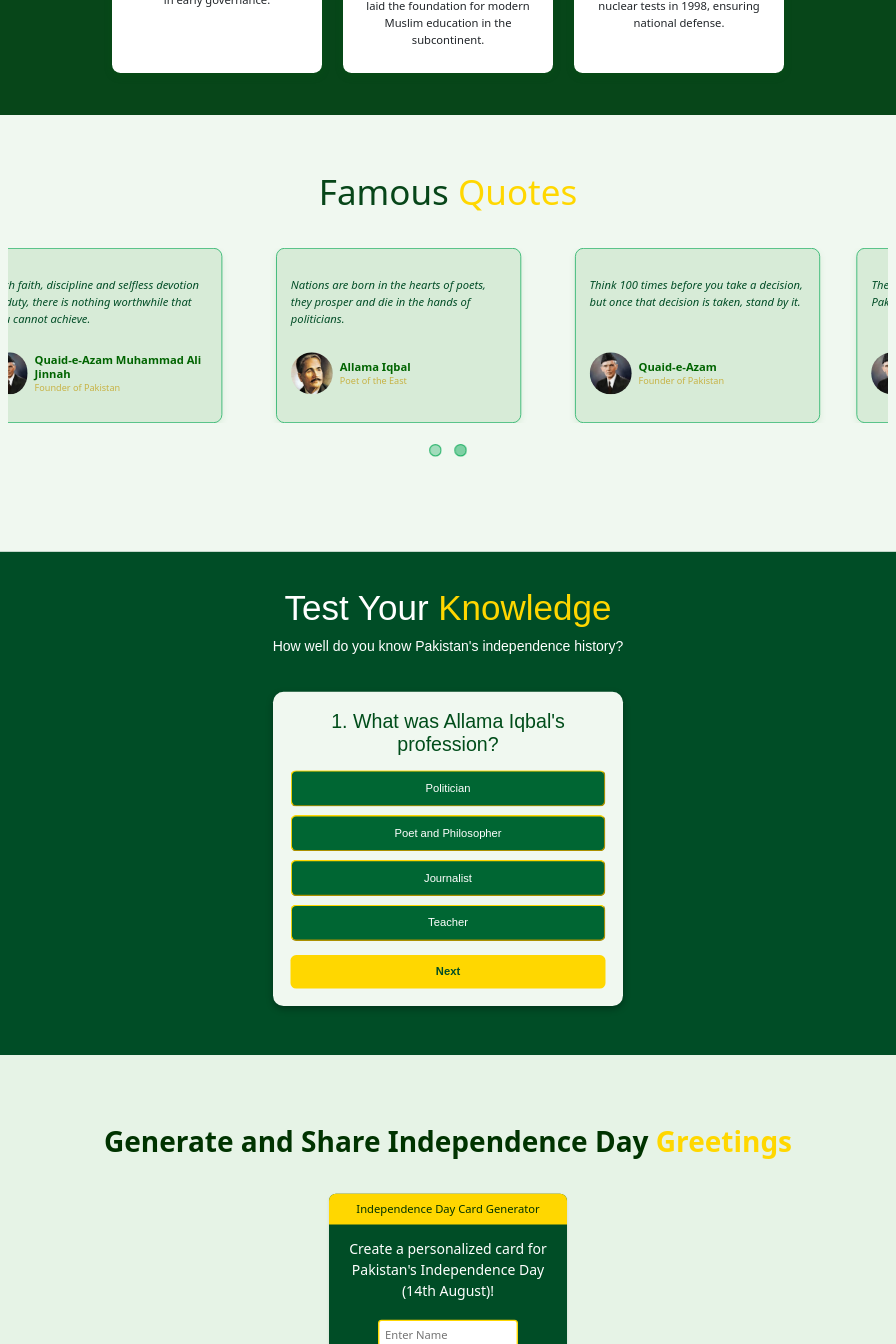
Repository: memonmuhammadali98/Pakistan-Independence-Day
Page: index.html
These files come from the project's save history. The page is drawn as it stood at one moment and after the next save; the edit follows.
The browser window is 1280 px wide. The pictures show the part of the page from y = 4066 to 5986 px (the page is 6354 px tall before and 6268 px after), at 70% of full size.

Above is the page before, as saved 2025-08-09 21:16:47.

### index.html
<!DOCTYPE html>
<html lang="en">
<head>
  <meta charset="UTF-8">
  <meta name="viewport" content="width=device-width, initial-scale=1.0">
  <title>Independence Day</title>
  <!-- External CSS -->
  <link rel="stylesheet" href="./style.css">
  <!-- Bootstrap CDN -->
  <link href="https://cdn.jsdelivr.net/npm/bootstrap@5.3.7/dist/css/bootstrap.min.css" rel="stylesheet"
    integrity="sha384-LN+7fdVzj6u52u30Kp6M/trliBMCMKTyK833zpbD+pXdCLuTusPj697FH4R/5mcr" crossorigin="anonymous">
  <script src="https://cdn.jsdelivr.net/npm/bootstrap@5.3.7/dist/js/bootstrap.bundle.min.js"
    integrity="sha384-ndDqU0Gzau9qJ1lfW4pNLlhNTkCfHzAVBReH9diLvGRem5+R9g2FzA8ZGN954O5Q"
    crossorigin="anonymous"></script>
    <!-- For PDF Download -->
    <script src="https://cdnjs.cloudflare.com/ajax/libs/jspdf/2.5.1/jspdf.umd.min.js"></script>
</head>
<body>
  <!-- Navbar Starts -->
  <nav class="navbar navbar-expand-lg navbar">
    <div class="container-fluid">
      <a class="navbar-brand" href="#">
        <img src="./Assets/logo-removebg-preview (1).png" alt="Logo" width="70px" height="50px">
      </a>
      <button class="navbar-toggler" type="button" data-bs-toggle="collapse" data-bs-target="#navbarSupportedContent"
        aria-controls="navbarSupportedContent" aria-expanded="false" aria-label="Toggle navigation">
        <span class="navbar-toggler-icon"></span>
      </button>
      <div class="collapse navbar-collapse" id="navbarSupportedContent">
        <ul class="navbar-nav me-auto ms-auto gap-5 mb-2 mb-lg-0 f-s-5">
          <li class="nav-item">
            <a class="nav-link active" aria-current="page" href="#Home">Home</a>
          </li>
          <li class="nav-item">
            <a class="nav-link active" href="#About">About</a>
          </li>
          <li class="nav-item">
            <a class="nav-link active" aria-disabled="true" href="#History">History</a>
          </li>
          <li class="nav-item">
            <a class="nav-link active" aria-disabled="true" href="#Heroes">Heroes</a>
          </li>
          <li class="nav-item">
            <a class="nav-link active" aria-disabled="true" href="#Quotes">Quotes</a>
          </li>
        </ul>
        <form class="d-flex" role="search">
          <button class="btn" type="submit">Generate Card</button>
        </form>
      </div>
    </div>
  </nav>
  <!-- Navbar Ends -->

  <!-- HERO SECTION STARTS -->
  <section class="hero-section" id="Home">
    <div class="hero-text">
      <h1>Celebrating Freedom Honoring <span style="color: gold;">Sacrifice</span></h1>
      <p>On this 14th August, let's remember the heroes who gave us independence and strive for a better Pakistan.</p>
      <button>Explore Our Journey</button>
    </div>
    <div class="hero-img">
      <img src="./Assets/hero-img.png" alt="Hero img" class="hero-img-1">
      <!-- <img src="./Assets/hero-img-2.png" alt="Hero img 2" class="Hero-img-2">
      <img src="./Assets/Hero-img-3.png" alt="Hero img 3" class="Hero-img-3"> -->
    </div>
  </section>
  <!-- HERO SECTION ENDS -->

  <!-- ABOUT SECTION STARTS -->
  <section class="about-section" id="About">
    <h2>About <span style="color: gold;">Pakistan</span></h2>
    <div class="about-container">
      <div class="about-img">
        <div class="flag-wrapper">
          <div class="flag">
            <div class="white-part"></div>
            <div class="green-part">
              <div class="crescent"></div>
              <div class="star"></div>
            </div>
          </div>
        </div>
      </div>
      <div class="about-text">
        <p>
          Pakistan is a country rich in history, culture, and natural beauty. From the majestic mountains of the north
          to the vast deserts in the south, it is a land of diversity and tradition. The people of Pakistan are known
          for their hospitality, resilience, and deep-rooted values. With a vision for progress and unity, Pakistan
          continues to grow while honoring its heritage and identity.
        </p>
      </div>
    </div>
  </section>
  <!-- ABOUT SECTION ENDS -->

  <!-- HISTORY SECTION STARTS -->
  <section class="history-section" id="History">
    <h2>Pakistan's Historical <span style="color: gold;">Journey</span></h2>
    <div class="timeline">

      <div class="timeline-item">
        <span class="year">1857 🔥</span>
        <h3>First War of Independence</h3>
        <p>The First War of Independence began, igniting the spark for freedom from British rule.</p>
      </div>

      <div class="timeline-item">
        <span class="year">1906 🕌</span>
        <h3>Formation of Muslim League</h3>
        <p>The All-India Muslim League was founded to represent Muslim interests in British India.</p>
      </div>

      <div class="timeline-item">
        <span class="year">1940 📜</span>
        <h3>Lahore Resolution</h3>
        <p>The Pakistan Resolution was passed in Lahore, demanding a separate homeland for Muslims.</p>
      </div>

      <div class="timeline-item">
        <span class="year">1947 🕊️</span>
        <h3>Independence of Pakistan</h3>
        <p>Pakistan gained independence on August 14 under the leadership of Quaid-e-Azam Muhammad Ali Jinnah.</p>
      </div>

      <div class="timeline-item">
        <span class="year">1956 📖</span>
        <h3>First Constitution</h3>
        <p>Pakistan became the Islamic Republic by adopting its first constitution on March 23.</p>
      </div>

      <div class="timeline-item">
        <span class="year">1965 ⚔️</span>
        <h3>Second War with India</h3>
        <p>Pakistan and India fought a war over Kashmir, ending with the Tashkent Agreement.</p>
      </div>

      <div class="timeline-item">
        <span class="year">1971 💔</span>
        <h3>Fall of Dhaka</h3>
        <p>The separation of East Pakistan led to the creation of Bangladesh after civil war.</p>
      </div>

      <div class="timeline-item">
        <span class="year">1973 🏛️</span>
        <h3>New Constitution</h3>
        <p>A new constitution was passed, establishing a parliamentary system in Pakistan.</p>
      </div>

      <div class="timeline-item">
        <span class="year">1998 💣</span>
        <h3>Nuclear Tests</h3>
        <p>Pakistan conducted successful nuclear tests in Chaghi, becoming the 7th nuclear power in the world.</p>
      </div>

    </div>
  </section>
  <!-- HISTORY SECTION ENDS -->

  <!-- NATIONAL HERO SECTION STARTS -->
   <section class="national-hero-section" id="Heroes">
  <h2>National Heroes of <span style="color: gold;">Pakistan</span></h2>
  <div class="national-hero-cards">

    <div class="national-hero-card">
      <img src="assets/Quaid-img.jpeg" alt="Quaid-e-Azam">
      <h3>Quaid-e-Azam</h3>
      <p class="title">Founder of Pakistan</p>
      <p>Leader of the Pakistan Movement and the first Governor-General of Pakistan.</p>
    </div>

    <div class="national-hero-card">
      <img src="assets/Allama-Iqbal-img.webp" alt="Allama Iqbal">
      <h3>Allama Iqbal</h3>
      <p class="title">Poet of the East</p>
      <p>Visionary who dreamed of Pakistan and inspired the youth with his poetry.</p>
    </div>

    <div class="national-hero-card">
      <img src="assets/fatima-jinnah.jpg" alt="Fatima Jinnah">
      <h3>Fatima Jinnah</h3>
      <p class="title">Mother of the Nation</p>
      <p>Quaid-e-Azam's sister and a strong advocate for women's rights in Pakistan.</p>
    </div>

    <div class="national-hero-card">
      <img src="assets/Liaquat-Ali-Khan-img.jpg" alt="Allama Iqbal">
      <h3>Liaquat Ali Khan</h3>
      <p class="title">First Prime Minister</p>
      <p>He was the first Prime Minister of Pakistan and played a major role in early governance.</p>
    </div>

    <div class="national-hero-card">
      <img src="assets/Sir-Syed-Ahmed-Khan-img.webp" alt="Allama Iqbal">
      <h3>Sir Syed Ahmed Khan</h3>
      <p class="title">Muslim Reformer & Educator</p>
      <p>Founder of Aligarh Movement, he laid the foundation for modern Muslim education in the subcontinent.</p>
    </div>

    <div class="national-hero-card">
      <img src="assets/Abdul-Qadeer-Khan-img.webp" alt="Dr. Abdul Qadeer Khan">
      <h3>Dr. Abdul Qadeer Khan</h3>
      <p class="title">Father of Nuclear Program</p>
      <p>Key figure behind Pakistan's nuclear tests in 1998, ensuring national defense.</p>
    </div>

  </div>
</section>

<!-- Quote Section Starts -->
   <div class="quote-section container-xxl">
      <h2>Famous <span style="color: gold;">Quotes</span></h2>

  <div id="testimonialCarousel" class="carousel slide" data-bs-ride="carousel">

    <div class="carousel-inner" id="carouselContent"></div>

    <div class="carousel-indicators justify-content-center mt-3" id="carouselIndicators"></div>
  </div>


<div id="allTestimonialCards" class="d-none">

            <div class="testi-card-1">
      <div class="testi-para">
        <p>With faith, discipline and selfless devotion to duty, there is nothing worthwhile that you cannot achieve.</p>
      </div>
      <div class="testi-intro">
        <img src="./Assets/Quaid-img.jpeg" alt="pfp" class="testi-pfp">
        <div class="testi-intro-text">
          <h3>Quaid-e-Azam Muhammad Ali Jinnah</h3>
          <span style="color: rgb(198, 178, 68);;">Founder of Pakistan</span>
        </div>
      </div>

    </div>


          <div class="testi-card-1">
      <div class="testi-para">
        <p>Nations are born in the hearts of poets, they prosper and die in the hands of politicians.</p>
      </div>
      <div class="testi-intro">
        <img src="./Assets/Allama-Iqbal-img.webp" alt="pfp" class="testi-pfp">
        <div class="testi-intro-text">
          <h3>Allama Iqbal</h3>
          <span style="color: rgb(198, 178, 68);;">Poet of the East</span>
        </div>
      </div>
     </div>


          <div class="testi-card-1">
      <div class="testi-para">
        <p>Think 100 times before you take a decision, but once that decision is taken, stand by it.</p>
      </div>
      <div class="testi-intro">
        <img src="./Assets/Quaid-img.jpeg" alt="pfp" class="testi-pfp">
        <div class="testi-intro-text">
          <h3>Quaid-e-Azam</h3>
          <span style="color: rgb(198, 178, 68);;">Founder of Pakistan</span>
        </div>
      </div>
     </div>


          <div class="testi-card-1">
      <div class="testi-para">
        <p>There is no power on earth that can undo Pakistan.</p>
      </div>
      <div class="testi-intro">
        <img src="./Assets/Quaid-img.jpeg" alt="pfp" class="testi-pfp">
        <div class="testi-intro-text">
          <h3>Muhammad Ali Jinnah</h3>
          <span style="color: rgb(198, 178, 68);">Founder of Pakistan</span>
        </div>
      </div>
     </div>
</div>
</div>
 <!-- Quote Section Ends -->

<!-- Quiz Section Starts -->
  <section class="quiz-section">
  <div class="quiz-container">
    <h2>Test Your <span style="color: gold;">Knowledge</span></h2>
    <p>How well do you know Pakistan's independence history?</p>

    <div class="quiz-card">
      <h3 id="question">Question text</h3>
      <div id="options" class="options"></div>

      <button id="next-btn" class="next-btn">Next</button>
    </div>

    <div id="result-box" class="result-box hidden">
      <h3>Your Score: <span id="score"></span>/10</h3>
      <p id="remarks"></p>
      <input type="text" id="username" placeholder="Enter your name" />
      <button id="certificate-btn" class="next-btn">Download Certificate</button>
    </div>
  </div>
</section>
<!-- Quiz Section Ends -->

<!-- Card Section Starts -->
 <section class="card-section">
  <h2>Generate and Share Independence Day <span style="color: gold;">Greetings</span></h2>
        <div class="generator-section">
            <div class="header">Independence Day Card Generator</div>
            <p>Create a personalized card for Pakistan's Independence Day (14th August)!</p>
            <input type="text" id="nameInput" placeholder="Enter Name" class="card-input">
            <button onclick="generateCard()" class="card-btn">Generate Card</button>
            <div class="cards-container" id="cardsContainer"></div>
        </div>
    </section>
<!-- Card Section Ends -->

<!-- Footer Section Starts -->
<footer class="footer">
  <div class="footer-container">
    <p>© 2025 Independence Day Pakistan. All Rights Reserved.</p>
    <p>“Unity, Faith, Discipline” — Quaid-e-Azam</p>
    <p>Website created by <strong style="color: gold;">Insha Abbas</strong></p>
  </div>
</footer>
<!-- Footer Section Ends -->













<!-- Famous Quotes Section Starts -->
  <script>
    <!-- Testimonial JS Starts -->
function getCardsPerSlide() {
  if (window.innerWidth >= 992) return 3; // large screen
  if (window.innerWidth >= 768) return 2; // medium
  return 1; // small
}

function buildCarousel() {
  const allCards = Array.from(document.querySelectorAll('#allTestimonialCards .testi-card-1'));
  const carouselInner = document.getElementById('carouselContent');
  const indicators = document.getElementById('carouselIndicators');
  const cardsPerSlide = getCardsPerSlide();

  carouselInner.innerHTML = '';
  indicators.innerHTML = '';

  let slides = [];

  if (cardsPerSlide === 3 && allCards.length === 4) {
    // Large screen: avoid solo card
    slides = [
      [0, 1, 2], // Slide 1
      [3, 0, 1]  // Slide 2
    ];
  } else {
    // Normal grouping
    for (let i = 0; i < allCards.length; i += cardsPerSlide) {
      const group = [];
      for (let j = 0; j < cardsPerSlide; j++) {
        const index = i + j;
        if (index < allCards.length) {
          group.push(index);
        }
      }
      slides.push(group);
    }
  }

  slides.forEach((group, slideIndex) => {
    const slide = document.createElement('div');
    slide.classList.add('carousel-item');
    if (slideIndex === 0) slide.classList.add('active');

    const row = document.createElement('div');
    row.classList.add('row', 'g-4' ,'justify-content-center');

    group.forEach(index => {
      const col = document.createElement('div');
      if (cardsPerSlide === 3) {
  col.className = 'col-lg-4';
} else if (cardsPerSlide === 2) {
  col.className = 'col-md-6';
} else {
  col.className = 'col-12 d-flex justify-content-center'; // ✅ fix for small screens
}
      col.appendChild(allCards[index].cloneNode(true));
      row.appendChild(col);
    });

    slide.appendChild(row);
    carouselInner.appendChild(slide);

    const dot = document.createElement('button');
    dot.setAttribute('type', 'button');
    dot.setAttribute('data-bs-target', '#testimonialCarousel');
    dot.setAttribute('data-bs-slide-to', slideIndex);
    dot.setAttribute('aria-label', `Slide ${slideIndex + 1}`);
    if (slideIndex === 0) {
      dot.classList.add('active');
      dot.setAttribute('aria-current', 'true');
    }
    indicators.appendChild(dot);
  });
}

window.addEventListener('DOMContentLoaded', buildCarousel);
window.addEventListener('resize', buildCarousel);
  </script>
<!-- Famous Quotes Section Ends -->

<!-- Quiz Section Starts -->
  <script>
    const questions = [
  { q: "What was Allama Iqbal's profession?", options: ["Politician", "Poet and Philosopher", "Journalist", "Teacher"], answer: 1 },
  { q: "When did Pakistan gain independence?", options: ["14 August 1947", "23 March 1940", "14 August 1950", "15 August 1947"], answer: 0 },
  { q: "Who was the founder of Pakistan?", options: ["Liaquat Ali Khan", "Allama Iqbal", "Muhammad Ali Jinnah", "Sir Syed Ahmed Khan"], answer: 2 },
  { q: "Which city is the capital of Pakistan?", options: ["Karachi", "Islamabad", "Lahore", "Quetta"], answer: 1 },
  { q: "What is the national language of Pakistan?", options: ["Punjabi", "Urdu", "Sindhi", "Pashto"], answer: 1 },
  { q: "What is Pakistan's national flower?", options: ["Rose", "Lily", "Jasmine", "Tulip"], answer: 2 },
  { q: "When was the first constitution of Pakistan enforced?", options: ["1956", "1949", "1973", "1962"], answer: 0 },
  { q: "Which sea borders Pakistan?", options: ["Red Sea", "Caspian Sea", "Arabian Sea", "Black Sea"], answer: 2 },
  { q: "Who was the first Prime Minister of Pakistan?", options: ["Liaquat Ali Khan", "Ayub Khan", "Zulfikar Ali Bhutto", "Yahya Khan"], answer: 0 },
  { q: "What is Pakistan's national sport?", options: ["Hockey", "Cricket", "Football", "Kabaddi"], answer: 0 }
];

let currentQ = 0;
let score = 0;
let selectedOption = null;

const questionEl = document.getElementById("question");
const optionsEl = document.getElementById("options");
const nextBtn = document.getElementById("next-btn");
const resultBox = document.getElementById("result-box");
const scoreEl = document.getElementById("score");
const remarksEl = document.getElementById("remarks");
const certificateBtn = document.getElementById("certificate-btn");

function loadQuestion() {
  const q = questions[currentQ];
  questionEl.textContent = `${currentQ + 1}. ${q.q}`;
  optionsEl.innerHTML = "";
  q.options.forEach((opt, index) => {
    const btn = document.createElement("button");
    btn.textContent = opt;
    btn.classList.add("option-btn");
    btn.onclick = () => selectOption(index, btn);
    optionsEl.appendChild(btn);
  });
}

function selectOption(index, button) {
  selectedOption = index;
  document.querySelectorAll(".option-btn").forEach(btn => btn.classList.remove("selected"));
  button.classList.add("selected");
}

nextBtn.onclick = () => {
  if (selectedOption === null) return alert("Please select an option!");
  if (selectedOption === questions[currentQ].answer) score++;
  selectedOption = null;
  currentQ++;
  if (currentQ < questions.length) {
    loadQuestion();
  } else {
    showResult();
  }
};

function showResult() {
  document.querySelector(".quiz-card").classList.add("hidden");
  resultBox.classList.remove("hidden");
  scoreEl.textContent = score;
  remarksEl.textContent = score >= 8 ? "Excellent! You know your history well!" :
                          score >= 5 ? "Good job! But there's more to learn." :
                          "Keep learning about Pakistan's history!";
}

certificateBtn.onclick = () => {
  const name = document.getElementById("username").value.trim();
  if (!name) return alert("Please enter your name!");
  generateCertificate(name, score);
};

function generateCertificate(name, score) {
  const { jsPDF } = window.jspdf;
  const doc = new jsPDF("landscape", "mm", "a4");

  // Colors
  const green = [0, 102, 51];
  const gold  = [255, 215, 0];
  const white = [255, 255, 255];

  // Page background
  doc.setFillColor(...green);
  doc.rect(0, 0, 297, 210, "F");

  // Gold border
  doc.setDrawColor(...gold);
  doc.setLineWidth(4);
  doc.rect(5, 5, 287, 200);

  // Title
  doc.setFont("helvetica", "bold");
  doc.setFontSize(32);
  doc.setTextColor(...gold);
  doc.text("Certificate of Achievement", 148.5, 50, { align: "center" });

  // Subtitle
  doc.setFontSize(18);
  doc.setTextColor(...white);
  doc.text("This is proudly presented to", 148.5, 70, { align: "center" });

  // Name
  doc.setFont("times", "bold");
  doc.setFontSize(26);
  doc.setTextColor(...gold);
  doc.text(name, 148.5, 90, { align: "center" });

  // Achievement text
  doc.setFont("helvetica", "normal");
  doc.setFontSize(16);
  doc.setTextColor(...white);
  doc.text(
    "For successfully completing the Pakistan Independence Day Quiz",
    148.5,
    110,
    { align: "center", maxWidth: 240 }
  );
  doc.text(`Score: ${score}/10`, 148.5, 125, { align: "center" });

  // Remarks
  let remark =
    score >= 8 ? "Excellent knowledge of Pakistan's history!" :
    score >= 5 ? "Good effort! Keep learning more." :
                 "Needs improvement. Keep studying!";
  doc.setFontSize(14);
  doc.setTextColor(...white);
  doc.text(remark, 148.5, 140, { align: "center" });

  // Date (only once)
  const today = new Date();
  // ordinal helper (optional)
  const ordinal = (n) => {
    const s = ["th","st","nd","rd"], v = n % 100;
    return n + (s[(v - 20) % 10] || s[v] || s[0]);
  };
  const dateStr = `${ordinal(today.getDate())} ${today.toLocaleString('en-GB', { month: 'long' })} ${today.getFullYear()}`;

  doc.setFontSize(12);
  doc.setTextColor(200, 200, 200);
  doc.text(`Issued on ${dateStr}`, 148.5, 190, { align: "center" });

  // Decorative stamp (right side)
  // Decorative stamp (right side) with today's date
const day   = today.getDate().toString().padStart(2, "0");
const month = today.toLocaleString('en-GB', { month: 'short' }).toUpperCase();

doc.setFillColor(...gold);
doc.circle(260, 150, 15, "F");
doc.setFontSize(10);
doc.setTextColor(...green);
doc.text(`${day} ${month}`, 260, 150, { align: "center", baseline: "middle" });

  // Optionally add a watermark image (flag) - see note below
  // doc.addImage(flagBase64, 'PNG', 20, 30, 120, 120, undefined, 'FAST');

  // Save PDF
  doc.save(`${name}-certificate.pdf`);
}

loadQuestion();

  </script>
<!-- Quiz Section Ends -->

<!-- Card Section Starts -->
 <script src="https://html2canvas.hertzen.com/dist/html2canvas.min.js"></script>
   <script>
    function generateCard() {
    const name = document.getElementById('nameInput').value.trim();
    if (!name) {
        alert('Please enter a name!');
        return;
    }

    const cardsContainer = document.getElementById('cardsContainer');
    const existingCard = cardsContainer.querySelector('.card');

    if (existingCard) {
        // Update the existing card's name and re-attach download button event
        existingCard.querySelector('.wish-heading').innerHTML = `Happy Independence Day <span style="color: gold;">${name}!</span>`;
    } else {
        // Create a new card div
        const card = document.createElement('div');
        card.classList.add('card');

        card.innerHTML = `
            <div class="flag-wrapper">
                <div class="flag">
                    <div class="white-part"></div>
                    <div class="green-part">
                        <div class="crescent"></div>
                        <div class="star"></div>
                    </div>
                </div>
            </div>
            <h3 class="wish-heading">Happy Independence Day <span style="color: gold;">${name}!</span></h3>
            <p class="wish-para">Celebrate the spirit of freedom and unity on this special day. Let's honor the sacrifices of our heroes.</p>
            <p class="wish-para">"Unity, Faith, Discipline" Quaid-e-Azam</p>
        `;

        // Create download button and attach event listener
        const downloadBtn = document.createElement('button');
        downloadBtn.className = 'download-btn';
        downloadBtn.textContent = 'Download Card';
        downloadBtn.addEventListener('click', () => downloadCard(card, name, downloadBtn));

        card.appendChild(downloadBtn);
        cardsContainer.appendChild(card);
    }

    // If card exists and you want to update the download button handler with new name:
    if (existingCard) {
        const downloadBtn = existingCard.querySelector('.download-btn');
        // Remove old listeners by cloning button
        const newDownloadBtn = downloadBtn.cloneNode(true);
        downloadBtn.replaceWith(newDownloadBtn);
        newDownloadBtn.addEventListener('click', () => downloadCard(existingCard, name, newDownloadBtn));
    }

    document.getElementById('nameInput').value = '';

    function downloadCard(cardElement, name, button) {
    button.classList.add('hidden');
    html2canvas(cardElement).then(canvas => {
        const link = document.createElement('a');
        link.download = `independence_day_card_${name}_${Date.now()}.png`;
        link.href = canvas.toDataURL('image/png');
        link.click();
        button.classList.remove('hidden');
    });
}

}

   </script>
<!-- Card Section Ends -->


</body>

</html>

Loaded but not shown: style.css (738 lines, source omitted)

After the next save:
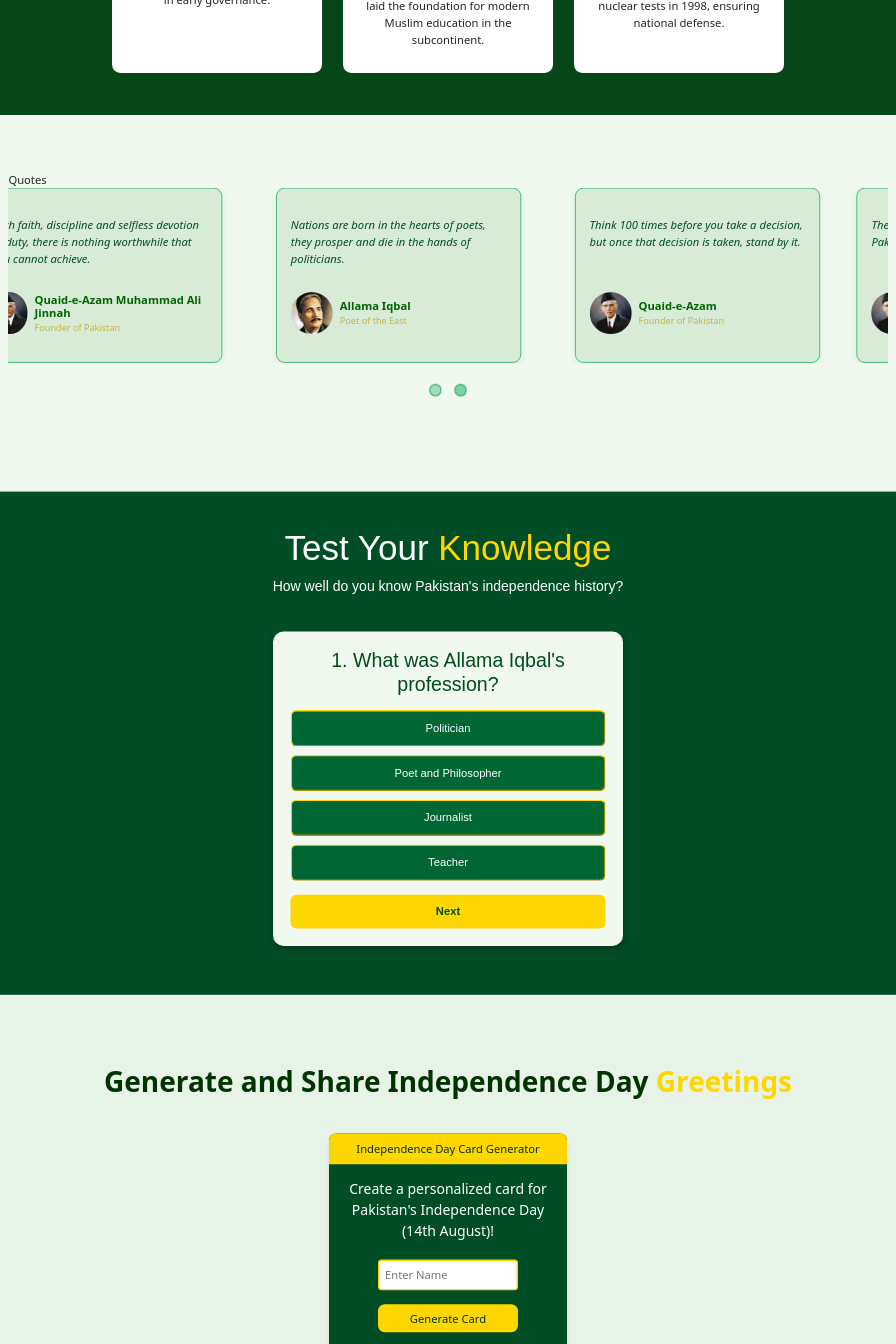
Saved 6 s later.
--- a/index.html
+++ b/index.html
@@ -208,7 +208,7 @@
 </section>
 
 <!-- Quote Section Starts -->
-   <div class="quote-section container-xxl">
+   <div class="quote-section container-xxl" id=">
       <h2>Famous <span style="color: gold;">Quotes</span></h2>
 
   <div id="testimonialCarousel" class="carousel slide" data-bs-ride="carousel">
